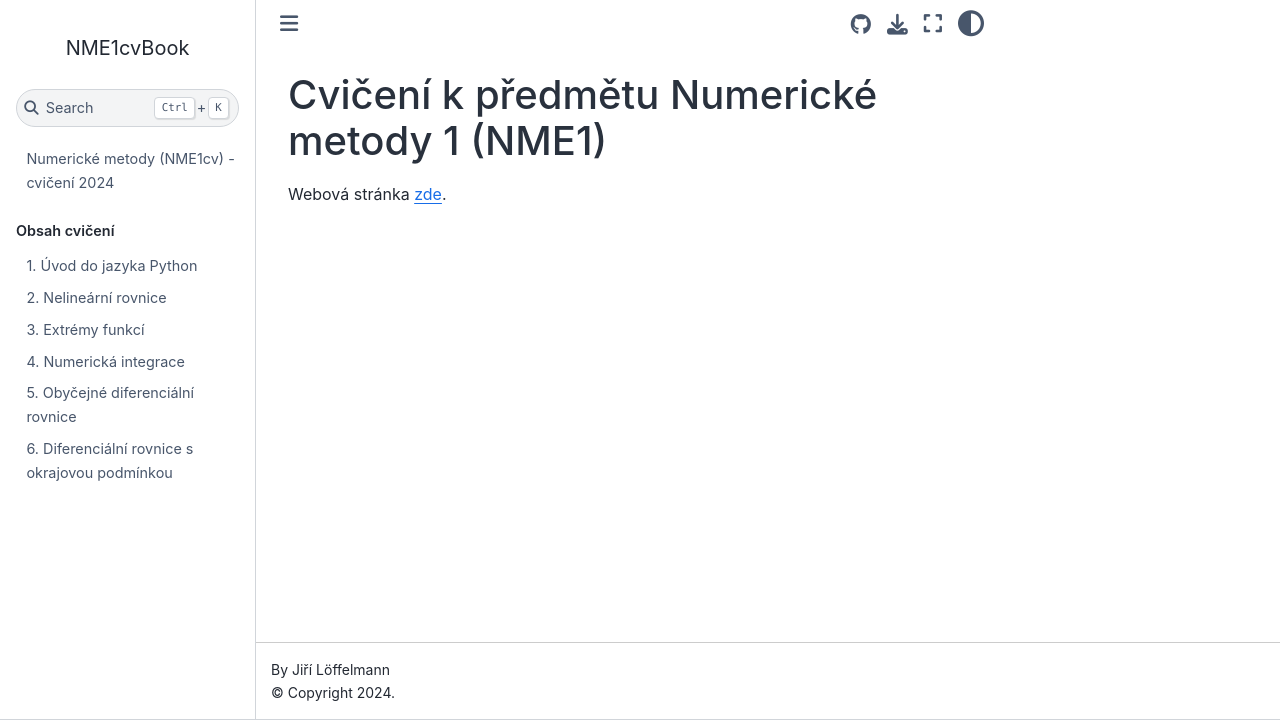
Repository: loepa01/NME1cvBook
Page: README.html
These files come from the project's save history. The page is drawn as it stood at one moment and after the next save; the edit follows.
The browser window is 1280 px wide. The pictures show the whole page.

Above is the page before, as saved 2024-04-08 16:14:10.
Console error: SyntaxError: Identifier 'THEBE_JS_URL' has already been declared

After the next save:
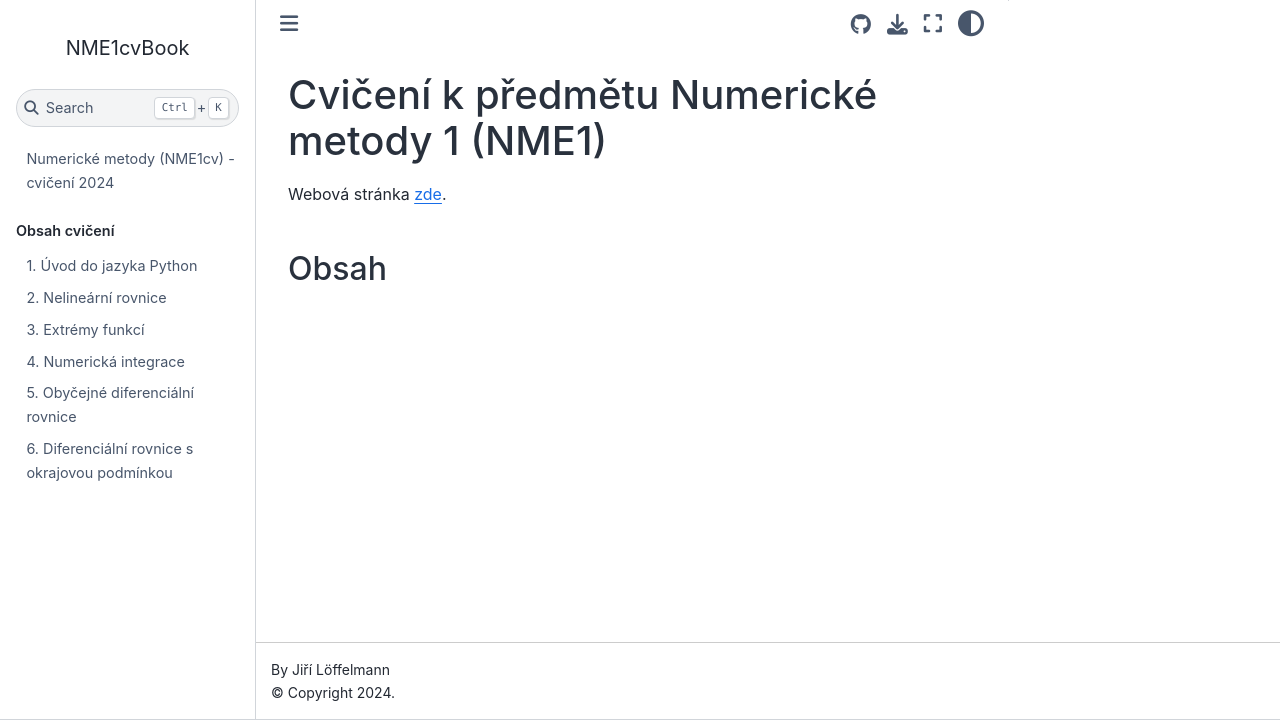
Saved 3 min 2 s later.
--- a/README.html
+++ b/README.html
@@ -57,7 +57,7 @@
     <script async="async" src="../_static/sphinx-thebe.js?v=c100c467"></script>
     <script>var togglebuttonSelector = '.toggle, .admonition.dropdown';</script>
     <script>const THEBE_JS_URL = "https://unpkg.com/thebe@0.8.2/lib/index.js"; const thebe_selector = ".thebe,.cell"; const thebe_selector_input = "pre"; const thebe_selector_output = ".output, .cell_output"</script>
-    <script>DOCUMENTATION_OPTIONS.pagename = '.history/README_20240408161410';</script>
+    <script>DOCUMENTATION_OPTIONS.pagename = '.history/README_20240408161712';</script>
     <link rel="icon" href="../_static/cphys.png"/>
     <link rel="index" title="Index" href="../genindex.html" />
     <link rel="search" title="Search" href="../search.html" />
@@ -250,7 +250,7 @@
 
 
 
-      <li><a href="https://github.com/loepa01/NME1cvBook/issues/new?title=Issue%20on%20page%20%2F.history/README_20240408161410.html&body=Your%20issue%20content%20here." target="_blank"
+      <li><a href="https://github.com/loepa01/NME1cvBook/issues/new?title=Issue%20on%20page%20%2F.history/README_20240408161712.html&body=Your%20issue%20content%20here." target="_blank"
    class="btn btn-sm btn-source-issues-button dropdown-item"
    title="Open an issue"
    data-bs-placement="left" data-bs-toggle="tooltip"
@@ -280,7 +280,7 @@
 
 
 
-      <li><a href="../_sources/.history/README_20240408161410.md" target="_blank"
+      <li><a href="../_sources/.history/README_20240408161712.md" target="_blank"
    class="btn btn-sm btn-download-source-button dropdown-item"
    title="Download source file"
    data-bs-placement="left" data-bs-toggle="tooltip"
@@ -351,7 +351,9 @@
   </button>
 `);
 </script>
-
+<label class="sidebar-toggle secondary-toggle btn btn-sm" for="__secondary"title="Toggle secondary sidebar" data-bs-placement="bottom" data-bs-toggle="tooltip">
+    <span class="fa-solid fa-list"></span>
+</label>
 </div></div>
 
     </div>
@@ -367,6 +369,14 @@
     <div id="print-main-content">
         <div id="jb-print-toc">
 
+            <div>
+                <h2> Contents </h2>
+            </div>
+            <nav aria-label="Page">
+                <ul class="visible nav section-nav flex-column">
+<li class="toc-h2 nav-item toc-entry"><a class="reference internal nav-link" href="#obsah">Obsah</a></li>
+</ul>
+            </nav>
         </div>
     </div>
 </div>
@@ -379,6 +389,9 @@
   <section class="tex2jax_ignore mathjax_ignore" id="cviceni-k-predmetu-numericke-metody-1-nme1">
 <h1>Cvičení k předmětu Numerické metody 1 (NME1)<a class="headerlink" href="#cviceni-k-predmetu-numericke-metody-1-nme1" title="Link to this heading">#</a></h1>
 <p>Webová stránka <a class="reference external" href="https://loepa01.github.io/NME1cvBook/intro.html">zde</a>.</p>
+<section id="obsah">
+<h2>Obsah<a class="headerlink" href="#obsah" title="Link to this heading">#</a></h2>
+</section>
 </section>
 
     <script type="text/x-thebe-config">
@@ -418,7 +431,20 @@
 
 
 
-                <div class="bd-sidebar-secondary bd-toc"></div>
+                <div class="bd-sidebar-secondary bd-toc"><div class="sidebar-secondary-items sidebar-secondary__inner">
+
+
+  <div class="sidebar-secondary-item">
+  <div class="page-toc tocsection onthispage">
+    <i class="fa-solid fa-list"></i> Contents
+  </div>
+  <nav class="bd-toc-nav page-toc">
+    <ul class="visible nav section-nav flex-column">
+<li class="toc-h2 nav-item toc-entry"><a class="reference internal nav-link" href="#obsah">Obsah</a></li>
+</ul>
+  </nav></div>
+
+</div></div>
 
 
           </div>

After the save that followed:
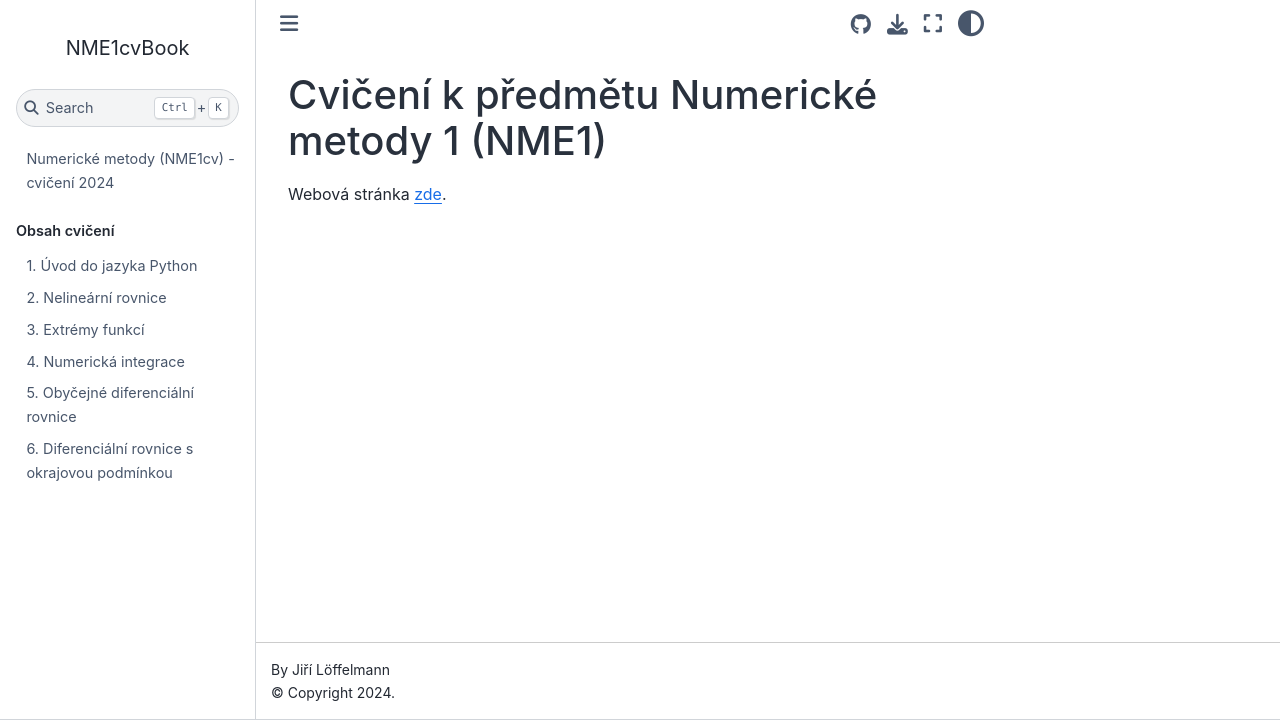
Saved 34 s later.
--- a/README.html
+++ b/README.html
@@ -57,7 +57,7 @@
     <script async="async" src="../_static/sphinx-thebe.js?v=c100c467"></script>
     <script>var togglebuttonSelector = '.toggle, .admonition.dropdown';</script>
     <script>const THEBE_JS_URL = "https://unpkg.com/thebe@0.8.2/lib/index.js"; const thebe_selector = ".thebe,.cell"; const thebe_selector_input = "pre"; const thebe_selector_output = ".output, .cell_output"</script>
-    <script>DOCUMENTATION_OPTIONS.pagename = '.history/README_20240408161712';</script>
+    <script>DOCUMENTATION_OPTIONS.pagename = '.history/README_20240408161746';</script>
     <link rel="icon" href="../_static/cphys.png"/>
     <link rel="index" title="Index" href="../genindex.html" />
     <link rel="search" title="Search" href="../search.html" />
@@ -250,7 +250,7 @@
 
 
 
-      <li><a href="https://github.com/loepa01/NME1cvBook/issues/new?title=Issue%20on%20page%20%2F.history/README_20240408161712.html&body=Your%20issue%20content%20here." target="_blank"
+      <li><a href="https://github.com/loepa01/NME1cvBook/issues/new?title=Issue%20on%20page%20%2F.history/README_20240408161746.html&body=Your%20issue%20content%20here." target="_blank"
    class="btn btn-sm btn-source-issues-button dropdown-item"
    title="Open an issue"
    data-bs-placement="left" data-bs-toggle="tooltip"
@@ -280,7 +280,7 @@
 
 
 
-      <li><a href="../_sources/.history/README_20240408161712.md" target="_blank"
+      <li><a href="../_sources/.history/README_20240408161746.md" target="_blank"
    class="btn btn-sm btn-download-source-button dropdown-item"
    title="Download source file"
    data-bs-placement="left" data-bs-toggle="tooltip"
@@ -351,9 +351,7 @@
   </button>
 `);
 </script>
-<label class="sidebar-toggle secondary-toggle btn btn-sm" for="__secondary"title="Toggle secondary sidebar" data-bs-placement="bottom" data-bs-toggle="tooltip">
-    <span class="fa-solid fa-list"></span>
-</label>
+
 </div></div>
 
     </div>
@@ -369,14 +367,6 @@
     <div id="print-main-content">
         <div id="jb-print-toc">
 
-            <div>
-                <h2> Contents </h2>
-            </div>
-            <nav aria-label="Page">
-                <ul class="visible nav section-nav flex-column">
-<li class="toc-h2 nav-item toc-entry"><a class="reference internal nav-link" href="#obsah">Obsah</a></li>
-</ul>
-            </nav>
         </div>
     </div>
 </div>
@@ -389,9 +379,6 @@
   <section class="tex2jax_ignore mathjax_ignore" id="cviceni-k-predmetu-numericke-metody-1-nme1">
 <h1>Cvičení k předmětu Numerické metody 1 (NME1)<a class="headerlink" href="#cviceni-k-predmetu-numericke-metody-1-nme1" title="Link to this heading">#</a></h1>
 <p>Webová stránka <a class="reference external" href="https://loepa01.github.io/NME1cvBook/intro.html">zde</a>.</p>
-<section id="obsah">
-<h2>Obsah<a class="headerlink" href="#obsah" title="Link to this heading">#</a></h2>
-</section>
 </section>
 
     <script type="text/x-thebe-config">
@@ -431,20 +418,7 @@
 
 
 
-                <div class="bd-sidebar-secondary bd-toc"><div class="sidebar-secondary-items sidebar-secondary__inner">
-
-
-  <div class="sidebar-secondary-item">
-  <div class="page-toc tocsection onthispage">
-    <i class="fa-solid fa-list"></i> Contents
-  </div>
-  <nav class="bd-toc-nav page-toc">
-    <ul class="visible nav section-nav flex-column">
-<li class="toc-h2 nav-item toc-entry"><a class="reference internal nav-link" href="#obsah">Obsah</a></li>
-</ul>
-  </nav></div>
-
-</div></div>
+                <div class="bd-sidebar-secondary bd-toc"></div>
 
 
           </div>
